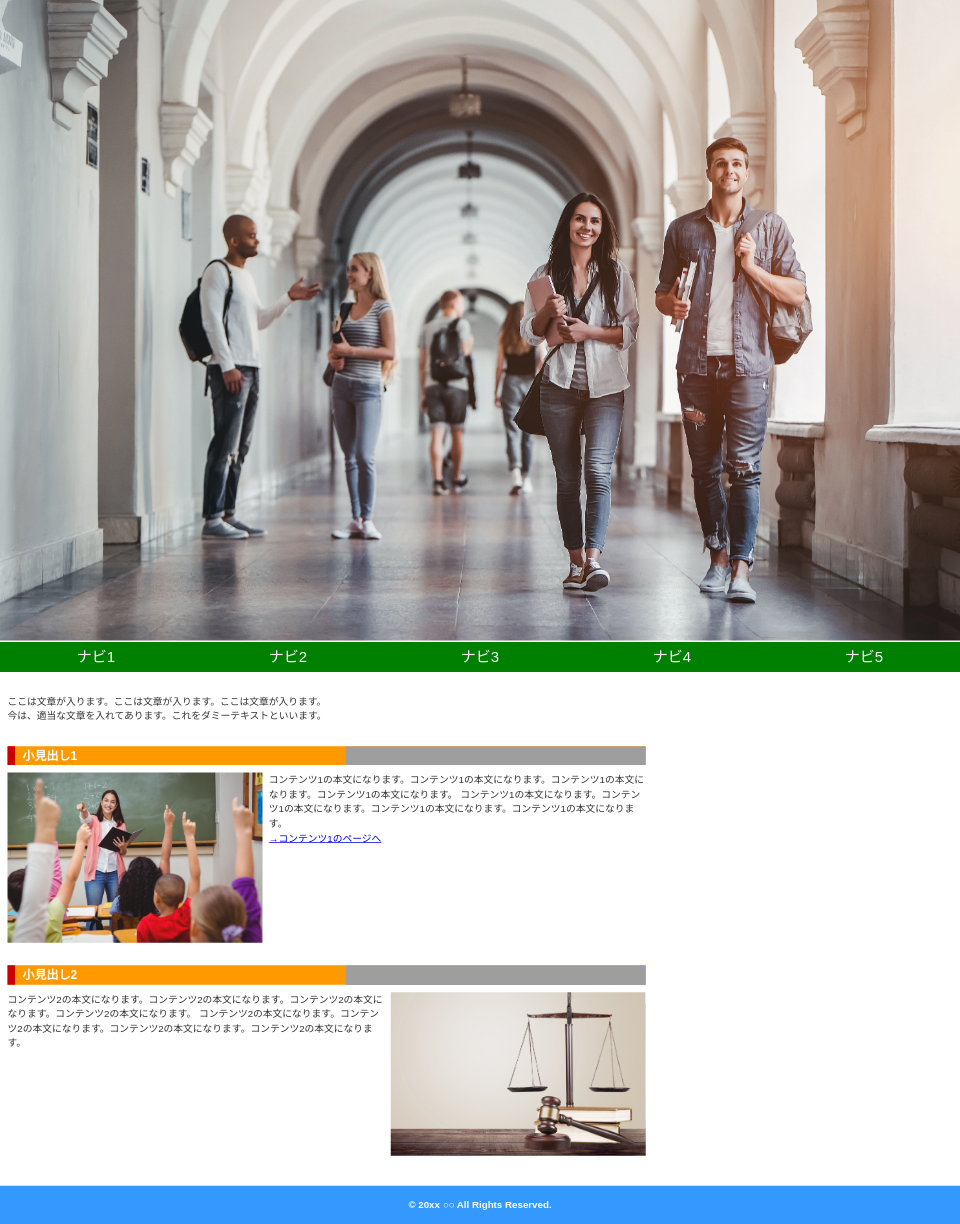
Repository: sai1358/samurai_HTML-CSS
Page: home.html
The author's editor kept a record of every edit. The page is drawn from the files as they stood at one moment, then again after the next edit.
The browser window is 1280 px wide. The pictures show the whole page, at 75% of full size.
Pictures or frames that could not be fetched are drawn as grey boxes.

Above is the page before.

### home.html
<!DOCTYPE html>
<html lang="ja">
  <head>
    <meta charset="UTF-8">
    <title>HTML/CSSの学習</title>
    <link rel="stylesheet" href="stylesheet.css">
  </head>
  <body>
     <div id="header">
        <h1><a href="index.html"><img id="corridor" src="images/corridor.jpg" alt="大学の廊下" /></a></h1>
     </div>
    <div id="wrapper">
           <div id="nav">
               <ul>
                    <li><a href="home.html">ナビ1</a></li>
                    <li><a href="#">ナビ2</a></li>
                    <li><a href="#">ナビ3</a></li>
                    <li><a href="#">ナビ4</a></li>
                    <li><a href="#">ナビ5</a></li>
               </ul>
           </div>
              <div id="container">
                <div id="main">
                    <div class="post">
                        <p>ここは文章が入ります。ここは文章が入ります。ここは文章が入ります。<br />今は、適当な文章を入れてあります。これをダミーテキストといいます。</p>
                    </div>
                <div class="post clearfix">
                        <h2>小見出し1</h2>
                        <img class="left" src="images/classroom.jpg" alt="授業風景" />
                        <p>
                            コンテンツ1の本文になります。コンテンツ1の本文になります。コンテンツ1の本文になります。コンテンツ1の本文になります。
                            コンテンツ1の本文になります。コンテンツ1の本文になります。コンテンツ1の本文になります。コンテンツ1の本文になります。
                        </p>
                        <p><a href="#">→コンテンツ1のページへ</a></p>
                    </div>
                    <div class="post clearfix">
                        <h2>小見出し2</h2>
                        <img class="right" src="images/scale.jpg" alt="天秤" />
                        <p>
                            コンテンツ2の本文になります。コンテンツ2の本文になります。コンテンツ2の本文になります。コンテンツ2の本文になります。
                            コンテンツ2の本文になります。コンテンツ2の本文になります。コンテンツ2の本文になります。コンテンツ2の本文になります。
                        </p>
                    </div>
                </div>
            </div>
    </div>
    <div id="footer">
       <p>&copy; 20xx ○○ All Rights Reserved.</p>
     </div>
  </body>
 </html>

### stylesheet.css
@charset "utf-8";

body {
	margin: 0;
	padding: 0;
	font-family: "ヒラギノ角ゴ Pro W3", "Hiragino Kaku Gothic Pro", "メイリオ", Meiryo, Osaka, "ＭＳ Ｐゴシック", "MS PGothic", sans-serif;
	color: #333;
	font-size: 13px;
	line-height: 150%;
}

/* -------------------- wrapper -------------------- */
#wrapper {
	width: 100%;
	margin: auto;
	padding: 0px;
	border: 0px;
	background-color: #FFF;
	top: 10px;
}

/* -------------------- header -------------------- */
#header {
	width: 100%;
}
#header h1 {
	margin: 0;
	padding: 0;
}

#corridor {
	width: 100%;
	height: auto;
}

/* -------------------- footer -------------------- */
#footer {
	clear: both;
	width: 100%;
	padding: 3px 0 3px 0;
	background: #39F;
	color: #FFF;
	font-weight: bold;
	text-align: center;
}

/* -------------------- nav -------------------- */
#nav {
	width: 100%;
}
#nav ul {
    display: flex;
	margin: 0;
	padding: 0;
	list-style-type: none;
}
#nav ul li {
	width: 20%;
	text-align: center;
}
#nav ul li a {
	display: block;
	height: 20px;
	margin: 0;
	padding: 10px;
	color: #FFF;
	font-size: 20px;
	text-decoration: none;
	background-color: green;
}

#nav ul li a:hover {
	filter: drop-shadow(10px 10px 10px black);
}

/* -------------------- container -------------------- */
#container {
	width: 100%;
	margin: auto ;
	padding: auto;
	padding-top: 20px;
	clear: both;
	display: grid;
	grid-template-columns: 70vw 30vw;
}
/* -------------------- main -------------------- */
#main {
	width: 95%;
	padding: 10px 30px 10px 10px;
}
#main h2 {
	margin: 0 0 10px 0;
	padding: 3px 10px 3px 10px;
	color: #FFF;
	font-size: 16px;
	border-left: solid 10px #C00;
	background: #F90 url(../images/main_h2.jpg) right top repeat-y;
}
#main p {
	margin: 0;
	padding: 0;
}
#main .post {
	margin: 0 0 30px 0;
}

#main .post img.right {
	margin: 0 0 0 8px;
}
#main .post img.left {
	margin: 0 8px 0 0;
}

.right {
	float: right;
	width: 40%;
	height: auto;
}
.left {
	float: left;
	width: 40%;
	height: auto;
}

/* -------------------- clearfix -------------------- */
.clearfix {
	zoom: 1;
}
.clearfix:after{
	content: "";
	display: block;
	clear: both;
}

/* -------------------- side -------------------- */
#side {
    width: 85%;
	padding: 20px;
	background-color: #F99;
}
#side .box {
	margin: 0 auto 30px auto;
	padding: 0 0 20px 0;
	background: url(images/side_box.png) bottom no-repeat;
}
#side .box h2 {
	margin: 0;
	padding: 8px;
	text-align: center;
	color: #fff;
	font-size: 16px;
	line-height: 16px;
	font-weight: normal;
	background: url(images/side_box_h2.png) center no-repeat;
}
#side .box .boxBody {
	padding: 8px;
	border-right: solid 1px #C36;
	border-bottom: solid 1px #C36;
	border-left: solid 1px #C36;
	background: #fff;
}
#side .box .boxBody ul {
	margin: 0 0 16px 0;
	padding: 0;
}
#side .box .boxBody ul li {
	padding: 8px 0 8px 4px;
	list-style: none;
	border-bottom: solid 1px #C36;
}

#side .box .boxBody ul li:hover {
	padding: 8px 0 8px 4px;
	list-style: none;
	border-bottom: solid 1px #C36;
	box-shadow: 0px 4px 4px rgba(0, 0, 0, 0.3);
}

After the next edit:
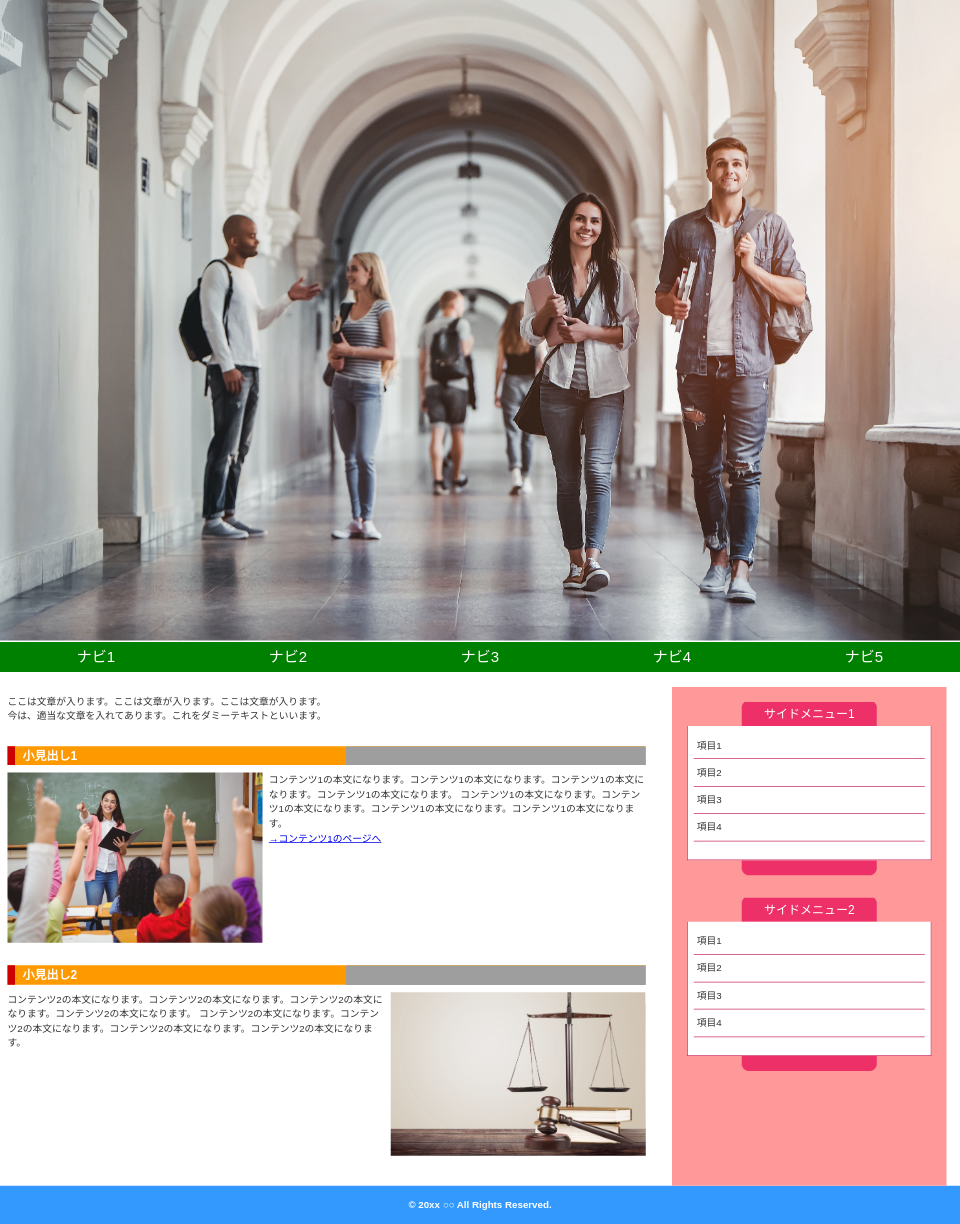
The edit:
--- a/home.html
+++ b/home.html
@@ -1,30 +1,30 @@
 <!DOCTYPE html>
 <html lang="ja">
-  <head>
-    <meta charset="UTF-8">
-    <title>HTML/CSSの学習</title>
-    <link rel="stylesheet" href="stylesheet.css">
-  </head>
-  <body>
-     <div id="header">
-        <h1><a href="index.html"><img id="corridor" src="images/corridor.jpg" alt="大学の廊下" /></a></h1>
-     </div>
-    <div id="wrapper">
-           <div id="nav">
-               <ul>
+    <head>
+        <meta charset="UTF-8">
+        <title>HTML/CSSの学習</title>
+        <link rel="stylesheet" href="stylesheet.css">
+    </head>
+    <body>
+        <div id="header">
+            <h1><a href="index.html"><img id="corridor" src="images/corridor.jpg" alt="大学の廊下" /></a></h1>
+        </div>
+        <div id="wrapper">
+            <div id="nav">
+                <ul>
                     <li><a href="home.html">ナビ1</a></li>
                     <li><a href="#">ナビ2</a></li>
                     <li><a href="#">ナビ3</a></li>
                     <li><a href="#">ナビ4</a></li>
                     <li><a href="#">ナビ5</a></li>
-               </ul>
-           </div>
-              <div id="container">
+                </ul>
+            </div>
+            <div id="container">
                 <div id="main">
                     <div class="post">
                         <p>ここは文章が入ります。ここは文章が入ります。ここは文章が入ります。<br />今は、適当な文章を入れてあります。これをダミーテキストといいます。</p>
                     </div>
-                <div class="post clearfix">
+                    <div class="post clearfix">
                         <h2>小見出し1</h2>
                         <img class="left" src="images/classroom.jpg" alt="授業風景" />
                         <p>
@@ -42,10 +42,34 @@
                         </p>
                     </div>
                 </div>
+                <div id="side">
+                    <div class="box">
+                        <h2>サイドメニュー1</h2>
+                        <div class="boxBody">
+                            <ul>
+                                <li>項目1</li>
+                                <li>項目2</li>
+                                <li>項目3</li>
+                                <li>項目4</li>
+                            </ul>
+                        </div>
+                    </div>
+                    <div class="box">
+                        <h2>サイドメニュー2</h2>
+                        <div class="boxBody">
+                            <ul>
+                                <li>項目1</li>
+                                <li>項目2</li>
+                                <li>項目3</li>
+                                <li>項目4</li>
+                            </ul>
+                        </div>
+                    </div>
+                </div>
             </div>
-    </div>
-    <div id="footer">
-       <p>&copy; 20xx ○○ All Rights Reserved.</p>
-     </div>
-  </body>
- </html>
+        </div>
+        <div id="footer">
+            <p>&copy; 20xx ○○ All Rights Reserved.</p>
+        </div>
+    </body>
+</html>
